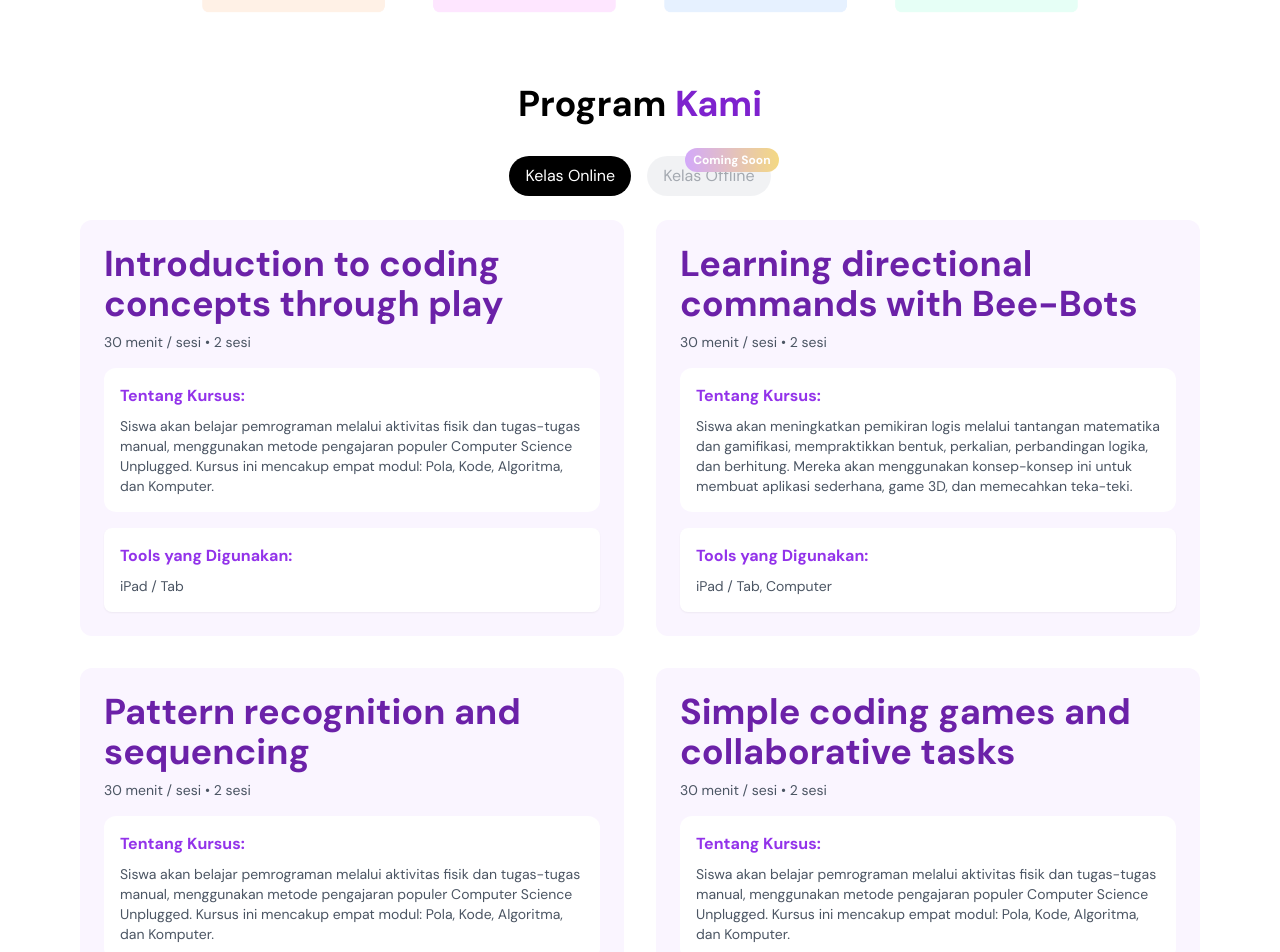
Repository: paskasiregar/ttccomweb
Page: /track/basic-programming
An editor plug-in stored every save of this project. The page is shown before and after the next save, followed by the edit.
The browser window is 1280 px wide. The pictures show the part of the page from y = 2031 to 2983 px (the page is 3147 px tall before and 3131 px after).
The project was rebuilt for these pictures with package versions that can differ from the ones it lists, and the page was loaded fresh each time. The framework's server and built-in components were replaced by stand-ins that run in the browser. Also part of the build but not shown: next.config.js, next.config.mjs.

Above is the page before, as saved 2024-11-16 23:32:58.

### src/app/layout.js
import "./globals.css";
import { DM_Sans } from "next/font/google";

const dmSans = DM_Sans({
  subsets: ["latin"],
  weight: ["400", "500", "700"], // Include only the weights you need
  variable: "--font-dm-sans", // Optional: CSS variable for global use
});

export const metadata = {
  title: "Tiny Tech Club",
  description: "Small techies, big dreams 🚀",
};

export default function RootLayout({ children }) {
  return (
    <html lang="en" className={dmSans.variable}>
      <body className="antialiased">{children}</body>
    </html>
  );
}

### src/app/template.js
import React from "react";

export default function TrackTemplate({ title, description, children }) {
  return (
    <div>
      {/* Hero Section */}
      <div className="relative h-screen w-full">
        <img
          src="https://images.unsplash.com/photo-1494783367193-149034c05e8f"
          alt="Background"
          className="absolute inset-0 w-full h-full object-cover filter blur-sm"
        />
        <div className="absolute inset-0 bg-black bg-opacity-50"></div>
        <div className="absolute inset-0 flex flex-col items-center justify-center">
          <h1 className="text-4xl text-white font-bold">{title}</h1>
          <p className="text-xl text-white mt-4">{description}</p>
        </div>
      </div>

      {/* Content Section */}
      <div className="max-w-7xl mx-auto px-4 py-8">{children}</div>
    </div>
  );
}

### src/app/track/[track]/page.js
"use client";
import { useParams } from "next/navigation";
import TrackTemplate from "../[track]";
import Image from "next/image";
import ljImage from "@/assets/lj.png";
import ProgramTabs from "@/components/programTabs";

export default function TrackPage() {
  const { track } = useParams();

  const trackDetails = {
    "creative-coding": {
      title: "Creative Coding Track",
      description:
        "Kenalkan coding ke anak-anak dengan aktivitas seru dan edukatif. Cocok banget buat usia 4-5 tahun untuk membangun kemampuan berpikir logis.",
      backgroundImage:
        "https://images.unsplash.com/photo-1544717305-2782549b5136", // Replace with a relevant Creative Coding image
    },
    "visual-coding": {
      title: "Visual Coding Track",
      description:
        "Belajar konsep pemrograman visual pakai ScratchJr. Cocok buat anak usia 6-7 tahun untuk bikin cerita dan proyek seru sambil belajar coding dasar.",
      backgroundImage:
        "https://images.unsplash.com/photo-1573164574393-b9b12c3ff9c6", // Replace with a relevant Visual Coding image
    },
    "web-development": {
      title: "Web Development Track",
      description:
        "Pelajari dasar-dasar pengembangan web pakai HTML, CSS, dan JavaScript. Cocok untuk anak usia 8-12 tahun yang mau bikin proyek mini web seru.",
      backgroundImage:
        "https://images.unsplash.com/photo-1522071820081-009f0129c71c", // Replace with a relevant Web Development image
    },
    "basic-programming": {
      title: "Basic Programming Track",
      description:
        "Belajar konsep pemrograman inti pakai Python dan JavaScript. Dirancang untuk usia 13-16 tahun yang pengen bikin aplikasi nyata dan mengasah kemampuan problem-solving.",
      backgroundImage:
        "https://images.unsplash.com/photo-1517433456452-f9633a875f6f", // Replace with a relevant Basic Programming image
    },
    // Add more tracks as needed
  };

  const trackData = trackDetails[track] || {
    title: "Track Tidak Ditemukan",
    description: "Track yang kamu cari nggak ada nih.",
    backgroundImage:
      "https://images.unsplash.com/photo-1506748686214-e9df14d4d9d0", // Default image for not found
  };

  return (
    <div className="mx-auto">
      {/* Back Button */}
      <div className="my-4 px-4 sm:px-8">
        <button
          className="secondary-button"
          onClick={() => (window.location.href = "/")}
        >
          &lt; Kembali
        </button>
      </div>

      {/* Track Template */}
      <section>
        <TrackTemplate
          title={trackData.title}
          description={trackData.description}
          backgroundImage={trackData.backgroundImage}
        />

        {/* Learning Journey Section */}
        <section className="w-full my-8 px-4 sm:px-8 max-w-container py-20">
          <div>
            <div className="flex flex-col md:flex-row items-center md:items-start md:justify-between">
              {/* Title */}
              <div className="max-w-lg md:w-1/2">
                <h1 className="text-6xl md:text-6xl font-bold mb-8">
                  Learning <span className="text-purple-700">Journey</span>
                </h1>
              </div>

              {/* Description */}
              <div className="mt-6 md:mt-0 md:w-1/2 mb-8">
                <p className="text-gray-600 text-base md:text-md">
                  Yuk, mulai perjalanan belajar yang seru dan inspiratif buat
                  anak-anak! Kami hadir untuk membantu anak-anak mengembangkan
                  kreativitas, berpikir logis, dan percaya diri. Dengan berbagai
                  track yang disesuaikan untuk setiap usia, pengalaman belajar
                  jadi menyenangkan dan berkesan.
                </p>
              </div>
            </div>

            {/* Image */}
            <div className="mt-6 md:mt-0 mb-8">
              <Image
                src={ljImage}
                alt="Perjalanan Belajar"
                width={1440} // Adjust width as needed
                height={1000} // Adjust height as needed
                className="rounded-lg"
              />
            </div>
          </div>
        </section>

        {/* Our Program Section */}
        <section className="w-full my-8 px-4 sm:px-8 max-w-container mb-8">
          <h2 className="text-center text-4xl font-bold mb-8">
            Program <span className="text-purple-700">Kami</span>
          </h2>
          <ProgramTabs />
        </section>
      </section>
    </div>
  );
}

### src/app/globals.css
@tailwind base;
@tailwind components;
@tailwind utilities;

@import url('https://fonts.googleapis.com/css2?family=DM+Sans:wght@400;500;700&display=swap');

:root {
  --font-dm-sans: "DM Sans", sans-serif;
}

@font-face {
  font-family: 'DM Sans';
  src: url('/fonts/DM-Sans.woff2') format('woff2'),
    url('/fonts/DM-Sans.woff') format('woff');
  font-weight: 400;
  font-style: normal;
}

body {
  font-family: 'DM Sans', sans-serif;
}

.dm-sans-custom {
  font-family: "DM Sans", sans-serif;
  font-optical-sizing: auto;
  font-weight: 400;
  font-style: normal;
}

body {
  font-family: 'DM Sans', Arial, Helvetica, sans-serif;
  margin: 0;
  padding: 0;
  box-sizing: border-box;
}

*,
*::before,
*::after {
  box-sizing: inherit;
}

/* Container class for centering content */
.max-w-container {
  max-width: 1440px;
  margin: 0 auto;
  padding: 0 16px;
  /* Optional padding for spacing on smaller screens */
}

### src/app/track/[track].js
import React from "react";

export default function TrackTemplate({ title, description, children }) {
  return (
    <div>
      {/* Hero Section */}
      <div className="relative h-screen w-full">
        <img
          src="https://images.unsplash.com/photo-1494783367193-149034c05e8f"
          alt="Background"
          className="absolute inset-0 w-full h-full object-cover filter blur-sm"
        />
        <div className="absolute inset-0 bg-black bg-opacity-50"></div>
        <div className="absolute inset-0 flex flex-col items-center justify-center">
          <h1 className="text-6xl text-white font-bold p-8">{title}</h1>
          <p className="text-xl text-white mt-4 p-8">{description}</p>
        </div>
      </div>

      {/* Content Section */}
      <div className="max-w-7xl mx-auto px-4 py-8">{children}</div>
    </div>
  );
}

### src/components/programTabs.jsx
import React, { useState } from "react";
import ClassType from "./classType"; // Import the cards component for online tab

function ProgramTabs() {
  const [activeTab, setActiveTab] = useState("online");

  const tabs = [
    { id: "online", label: "Kelas Online", disabled: false },
    { id: "offline", label: "Kelas Offline", disabled: true },
  ];

  const handleTabClick = (tabId, disabled) => {
    if (!disabled) {
      setActiveTab(tabId);
    }
  };

  return (
    <div className="w-full">
      {/* Tabs */}
      <div className="flex justify-center space-x-4 mb-6">
        {tabs.map((tab) => (
          <button
            key={tab.id}
            className={`relative py-2 px-4 rounded-full ${
              activeTab === tab.id
                ? "bg-black text-white"
                : "bg-gray-200 text-gray-600"
            } ${tab.disabled ? "opacity-50 cursor-not-allowed" : ""}`}
            onClick={() => handleTabClick(tab.id, tab.disabled)}
            disabled={tab.disabled}
          >
            {tab.label}
            {/* Show 'Coming Soon' chip on disabled tabs */}
            {tab.disabled && (
              <span className="absolute -top-2 -right-2 text-xs font-bold text-white px-2 py-1 rounded-full bg-gradient-to-r from-purple-500 to-yellow-500">
                Coming Soon
              </span>
            )}
          </button>
        ))}
      </div>

      {/* Tab Content */}
      <div>
        {activeTab === "online" && (
          <div>
            {/* Render the cards for the online tab */}
            <ClassType />
          </div>
        )}
        {activeTab === "offline" && (
          <div>
            <p className="text-center text-gray-600">
              Konten untuk Kelas Offline sedang dalam pengembangan.
            </p>
          </div>
        )}
      </div>
    </div>
  );
}

export default ProgramTabs;

### src/components/classType.jsx
import ClassCard from "./classCard";

export default function ClassType() {
  return (
    <div className="grid grid-cols-1 md:grid-cols-2 gap-8 px-4 sm:px-8 max-w-container">
      <ClassCard
        title="Introduction to coding concepts through play"
        duration="30 menit"
        sessions="2 sesi"
        description="Siswa akan belajar pemrograman melalui aktivitas fisik dan tugas-tugas manual, menggunakan metode pengajaran populer Computer Science Unplugged. Kursus ini mencakup empat modul: Pola, Kode, Algoritma, dan Komputer."
        tools="iPad / Tab"
      />
      <ClassCard
        title="Learning directional commands with Bee-Bots"
        duration="30 menit"
        sessions="2 sesi"
        description="Siswa akan meningkatkan pemikiran logis melalui tantangan matematika dan gamifikasi, mempraktikkan bentuk, perkalian, perbandingan logika, dan berhitung. Mereka akan menggunakan konsep-konsep ini untuk membuat aplikasi sederhana, game 3D, dan memecahkan teka-teki."
        tools="iPad / Tab, Computer"
      />
      <ClassCard
        title="Pattern recognition and sequencing"
        duration="30 menit"
        sessions="2 sesi"
        description="Siswa akan belajar pemrograman melalui aktivitas fisik dan tugas-tugas manual, menggunakan metode pengajaran populer Computer Science Unplugged. Kursus ini mencakup empat modul: Pola, Kode, Algoritma, dan Komputer."
        tools="iPad / Tab"
      />
      <ClassCard
        title="Simple coding games and collaborative tasks"
        duration="30 menit"
        sessions="2 sesi"
        description="Siswa akan belajar pemrograman melalui aktivitas fisik dan tugas-tugas manual, menggunakan metode pengajaran populer Computer Science Unplugged. Kursus ini mencakup empat modul: Pola, Kode, Algoritma, dan Komputer."
        tools="iPad / Tab"
      />
    </div>
  );
}

### src/components/classCard.jsx
import React from "react";
import PropTypes from "prop-types";

function ClassCard({ title, duration, sessions, description, tools }) {
  return (
    <div className="bg-purple-50 rounded-xl p-6">
      {/* Title */}
      <h3 className="text-4xl font-bold text-purple-800 mb-2">{title}</h3>

      {/* Duration and Sessions */}
      <p className="text-gray-600 text-sm mb-4">
        {duration} / sesi • {sessions}
      </p>

      {/* Description */}
      <div className="bg-white rounded-xl p-4 mb-4">
        <h4 className="text-purple-600 font-semibold mb-2">Tentang Kursus:</h4>
        <p className="text-gray-600 text-sm">{description}</p>
      </div>

      {/* Tools */}
      <div className="bg-white rounded-lg p-4 shadow-sm">
        <h4 className="text-purple-600 font-semibold mb-2">
          Tools yang Digunakan:
        </h4>
        <p className="text-gray-600 text-sm">{tools}</p>
      </div>
    </div>
  );
}

ClassCard.propTypes = {
  title: PropTypes.string.isRequired,
  duration: PropTypes.string.isRequired,
  sessions: PropTypes.string.isRequired,
  description: PropTypes.string.isRequired,
  tools: PropTypes.string.isRequired,
};

export default ClassCard;

Loaded but not shown: tailwind.config.js (common file)

After the next save:
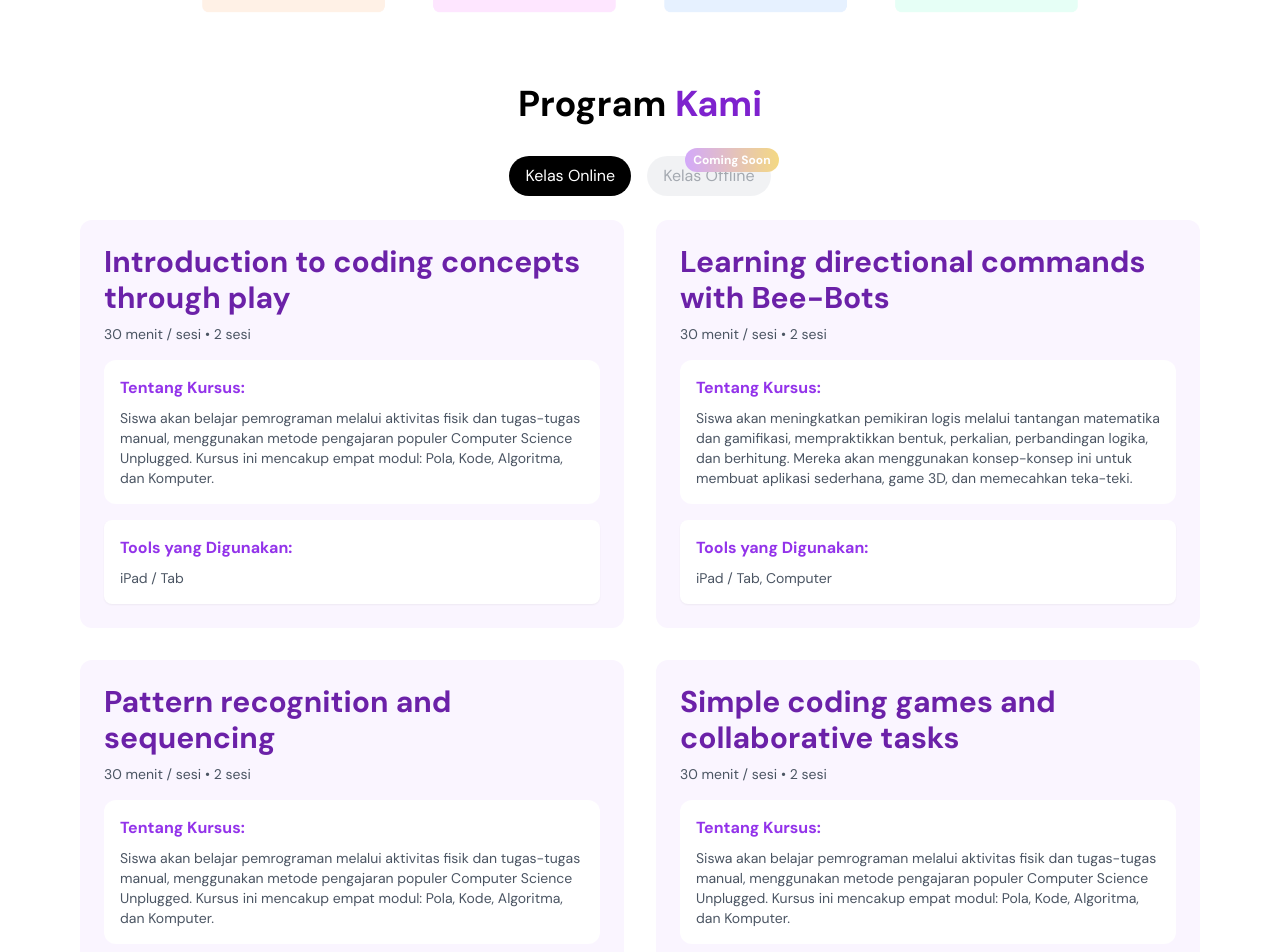
Saved 19 s later.
--- a/src/components/classCard.jsx
+++ b/src/components/classCard.jsx
@@ -5,7 +5,7 @@ function ClassCard({ title, duration, sessions, description, tools }) {
   return (
     <div className="bg-purple-50 rounded-xl p-6">
       {/* Title */}
-      <h3 className="text-4xl font-bold text-purple-800 mb-2">{title}</h3>
+      <h3 className="text-3xl font-bold text-purple-800 mb-2">{title}</h3>
 
       {/* Duration and Sessions */}
       <p className="text-gray-600 text-sm mb-4">
